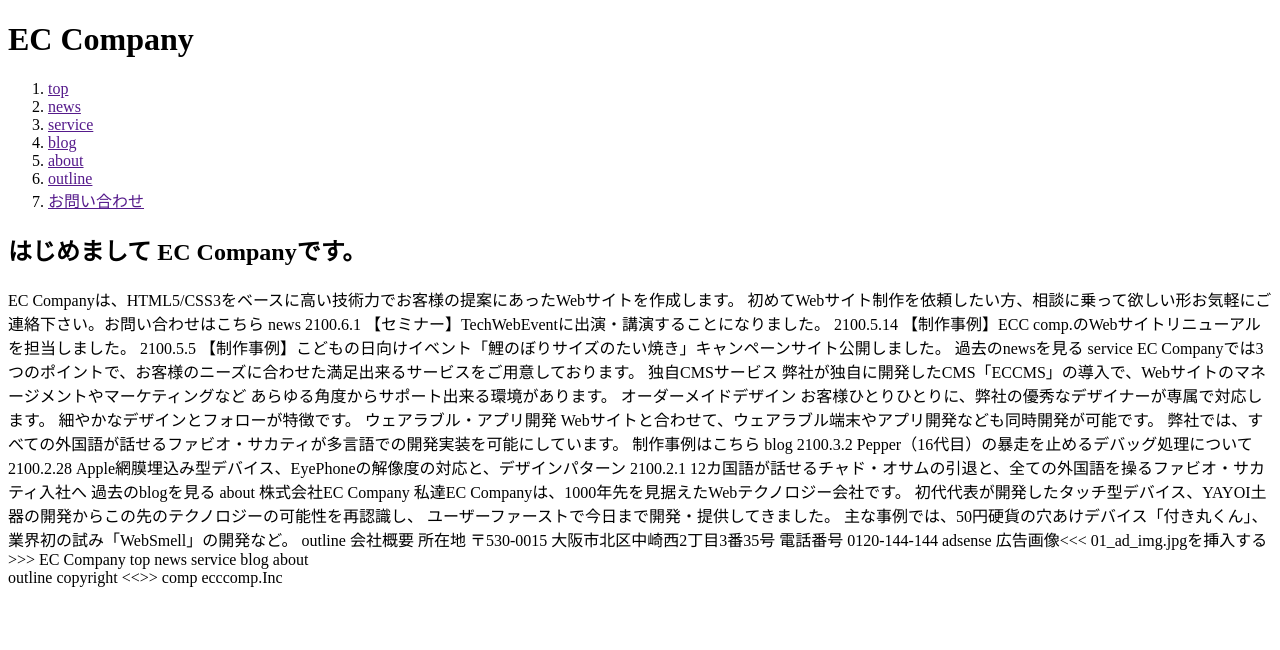
Repository: hsn320/html-practice
Page: html2/work01/work01.html
These files come from the project's save history. The page is drawn as it stood at one moment and after the next save; the edit follows.
The browser window is 1280 px wide. The pictures show the whole page.

Above is the page before, as saved 2025-10-01 22:40:51.

### html2/work01/work01.html
<!DOCTYPE html>
<html lang="en">
<head>
    <meta charset="UTF-8">
    <meta name="viewport" content="width=device-width, initial-scale=1.0">
    <title>EC Company</title>
</head>
<body>
    <header>
        <h1>EC Company</h1>
        <nav>
            <ol>
                <li><a href="">top</a></li>
                <li><a href="">news</a></li>
                <li><a href="">service</a></li>
                <li><a href="">blog</a></li>
                <li><a href="">about</a></li>
                <li><a href="">outline</a></li>
                <li><a href="">お問い合わせ</a></li>
            </ol>
        </nav>
    </header>
    <main>
    <h2>はじめまして EC Companyです。</h2>
    EC Companyは、HTML5/CSS3をベースに高い技術力でお客様の提案にあったWebサイトを作成します。 初めてWebサイト制作を依頼したい方、相談に乗って欲しい形お気軽にご連絡下さい。お問い合わせはこちら

    news
    2100.6.1
    【セミナー】TechWebEventに出演・講演することになりました。
    2100.5.14
    【制作事例】ECC comp.のWebサイトリニューアルを担当しました。
    2100.5.5
    【制作事例】こどもの日向けイベント「鯉のぼりサイズのたい焼き」キャンペーンサイト公開しました。

    過去のnewsを見る

    service
    EC Companyでは3つのポイントで、お客様のニーズに合わせた満足出来るサービスをご用意しております。
    独自CMSサービス

    弊社が独自に開発したCMS「ECCMS」の導入で、Webサイトのマネージメントやマーケティングなど あらゆる角度からサポート出来る環境があります。
    オーダーメイドデザイン

    お客様ひとりひとりに、弊社の優秀なデザイナーが専属で対応します。 細やかなデザインとフォローが特徴です。
    ウェアラブル・アプリ開発

    Webサイトと合わせて、ウェアラブル端末やアプリ開発なども同時開発が可能です。 弊社では、すべての外国語が話せるファビオ・サカティが多言語での開発実装を可能にしています。

    制作事例はこちら

    blog
    2100.3.2
    Pepper（16代目）の暴走を止めるデバッグ処理について
    2100.2.28
    Apple網膜埋込み型デバイス、EyePhoneの解像度の対応と、デザインパターン
    2100.2.1
    12カ国語が話せるチャド・オサムの引退と、全ての外国語を操るファビオ・サカティ入社へ

    過去のblogを見る

    about
    株式会社EC Company

    私達EC Companyは、1000年先を見据えたWebテクノロジー会社です。 初代代表が開発したタッチ型デバイス、YAYOI土器の開発からこの先のテクノロジーの可能性を再認識し、 ユーザーファーストで今日まで開発・提供してきました。 主な事例では、50円硬貨の穴あけデバイス「付き丸くん」、業界初の試み「WebSmell」の開発など。

    outline
    会社概要
    所在地
    〒530-0015 大阪市北区中崎西2丁目3番35号
    電話番号
    0120-144-144

    adsense
    広告画像<<< 01_ad_img.jpgを挿入する >>>

    EC Company
    top
    news
    service
    blog
    about
    </main>
outline

copyright <<<copyrightマークに差し替え>>> comp ecccomp.Inc
</body>
</html>

After the next save:
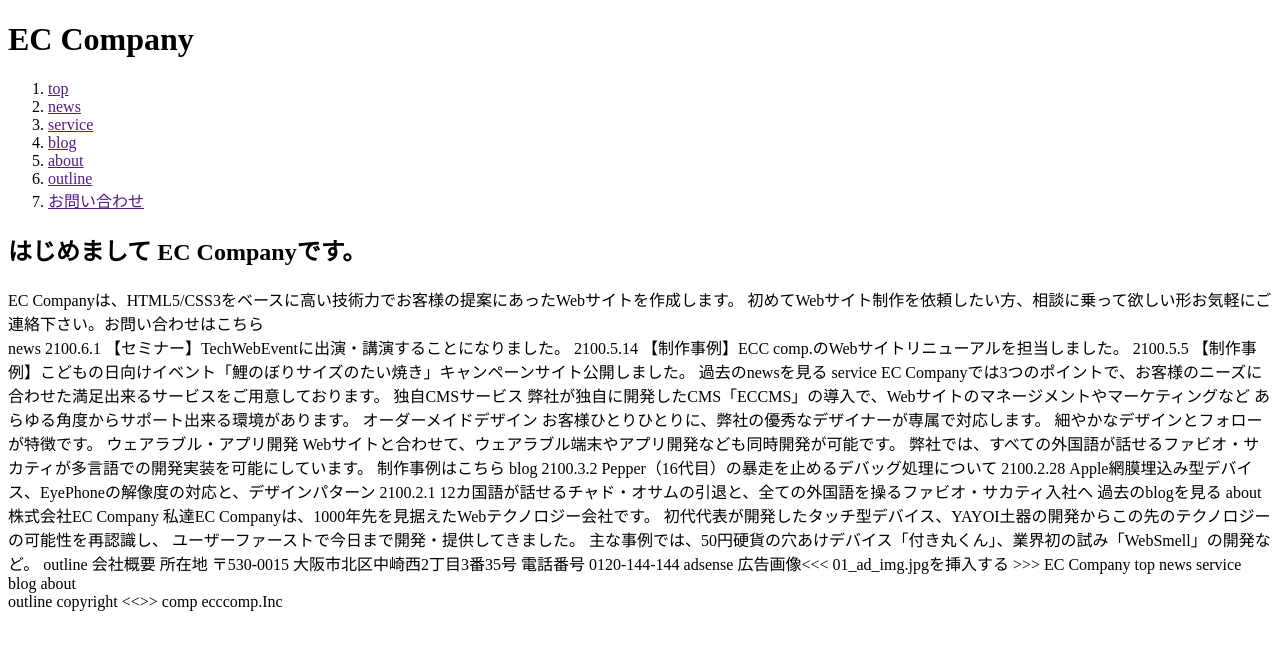
Saved 57 s later.
--- a/html2/work01/work01.html
+++ b/html2/work01/work01.html
@@ -21,9 +21,11 @@
         </nav>
     </header>
     <main>
-    <h2>はじめまして EC Companyです。</h2>
-    EC Companyは、HTML5/CSS3をベースに高い技術力でお客様の提案にあったWebサイトを作成します。 初めてWebサイト制作を依頼したい方、相談に乗って欲しい形お気軽にご連絡下さい。お問い合わせはこちら
-
+    <section>
+        <h2>はじめまして EC Companyです。</h2>
+        EC Companyは、HTML5/CSS3をベースに高い技術力でお客様の提案にあったWebサイトを作成します。
+        初めてWebサイト制作を依頼したい方、相談に乗って欲しい形お気軽にご連絡下さい。お問い合わせはこちら
+    </section>
     news
     2100.6.1
     【セミナー】TechWebEventに出演・講演することになりました。
